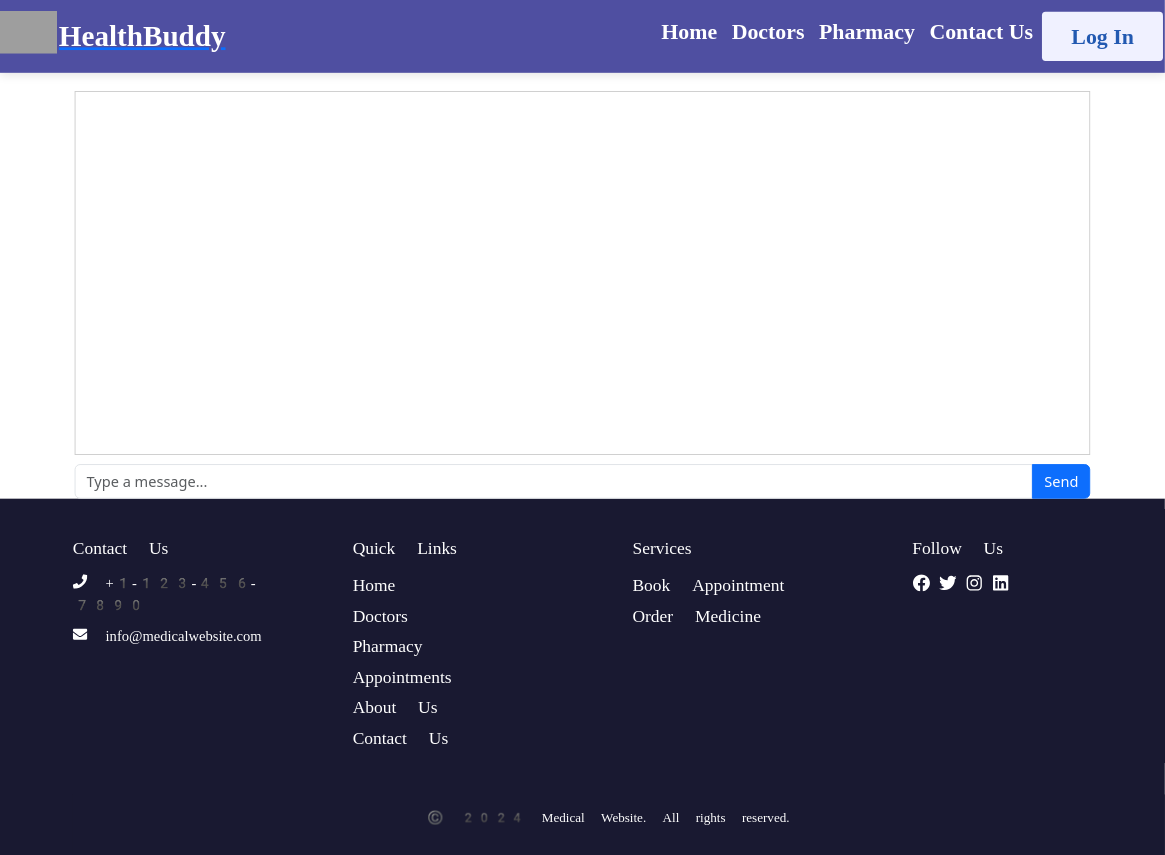
Repository: WajihaGul/MedicalApp-Frontend
Page: /chatComponent
The author's editor kept a copy of each file at every save. The page is drawn from the files as they stood at one save, then again after the next save.
The browser window is 1280 px wide. The pictures show the whole page, at 91% of full size.
Pictures or frames that could not be fetched are drawn as grey boxes. The page's requests for data from a server got no answer. The project was rebuilt for these pictures with package versions that can differ from the ones it lists, and the page was loaded fresh each time. No one was signed in, and anything a server would have sent is missing. Also part of the build but not shown: vite.config.js, src/index.css, src/App.css, src/Components/Accomplishments/Accomplishments.module.css, src/Components/Accomplishments/Accomplishments.jsx, src/Components/Experience/Experience.module.css, src/Components/Experience/Experience.jsx, src/Components/LandingPage/LandingPage.module.css and 48 more.

Above is the page before, as saved 2024-06-11 23:47:42.

After the next save:
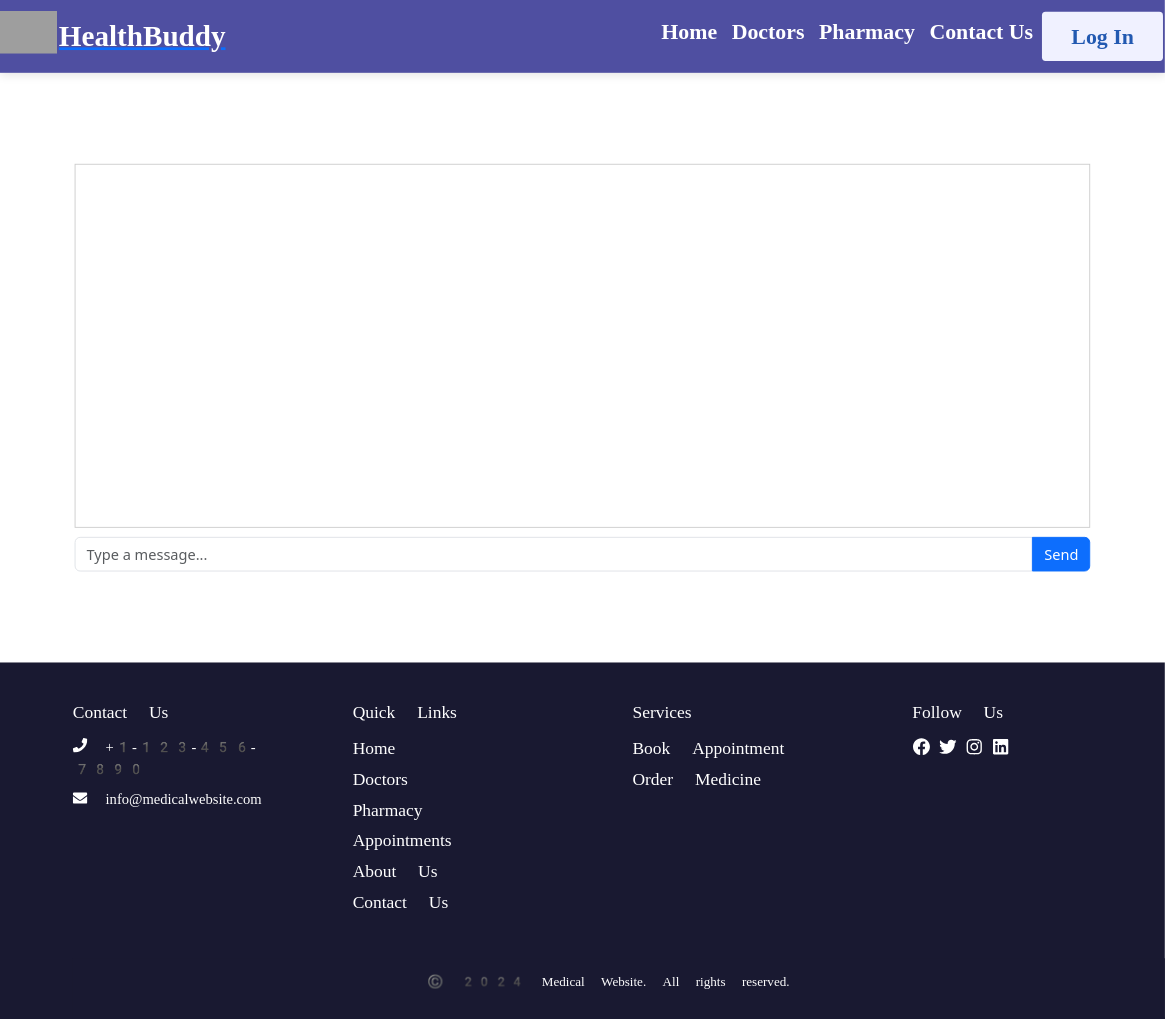
Saved 16 min 19 s later.
--- a/src/Components/Chat/ChatComponent.css
+++ b/src/Components/Chat/ChatComponent.css
@@ -1,5 +1,6 @@
 .chat-container {
-    margin-top: 20px;
+    margin-top: 100px;
+    margin-bottom: 100px;
   }
 
   .chat-box {
